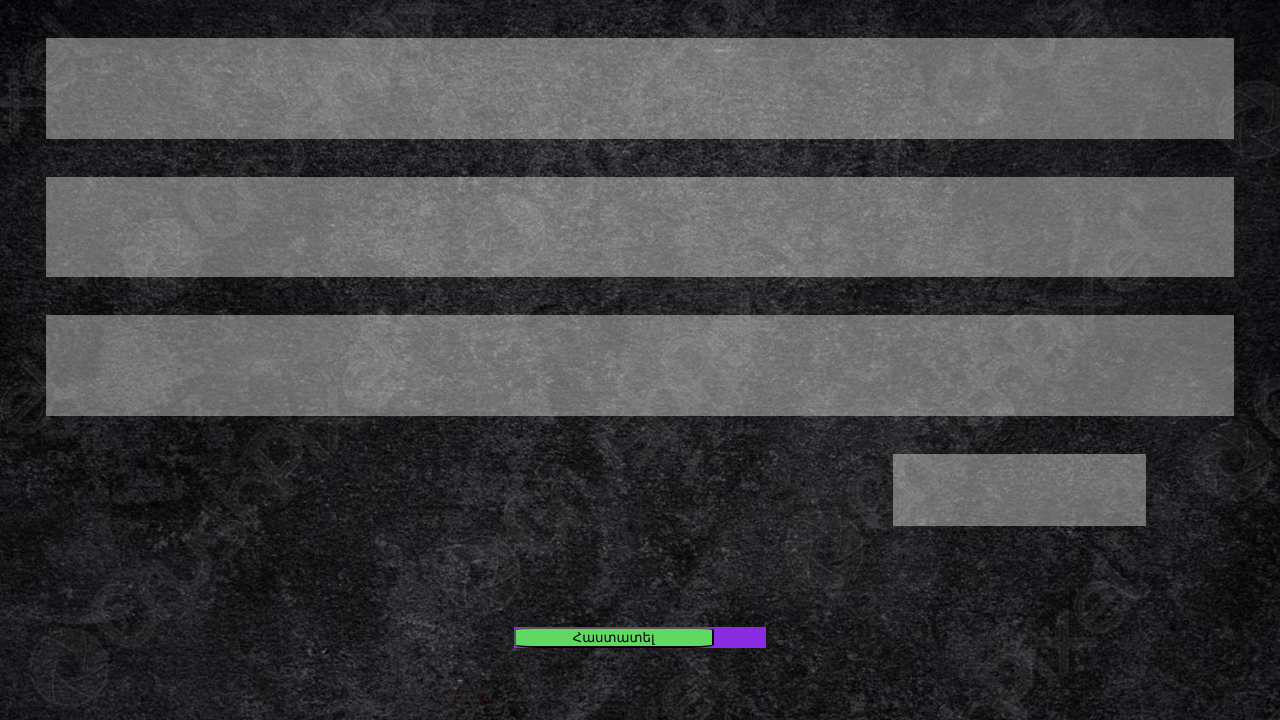
Repository: NarekTovmasyan/PizzaManue
Page: public/basket.html
An editor plug-in stored every save of this project. The page is shown before and after the next save, followed by the edit.
The browser window is 1280 px wide. The pictures show the whole page.

Above is the page before, as saved 2022-01-20 12:49:53.

### public/basket.html
<!DOCTYPE html>
<html lang="en">
<head>
    <meta charset="UTF-8">
    <meta http-equiv="X-UA-Compatible" content="IE=edge">
    <meta name="viewport" content="width=device-width, initial-scale=1.0">
    <link rel="stylesheet" href="basket.css">
    <title>BASKET</title>

</head>
<body>
    <div class= "main">
        <div class ="prop">
            <div></div>
            <div></div>
            <div></div>
            <div></div>
            <div></div>
            <div></div>
         </div>
        <div class ="prop">
            <div></div>
            <div></div>
            <div></div>
            <div></div>
            <div></div>
            <div></div>
        </div>
        <div class ="prop">
            <div></div>
            <div></div>
            <div></div>
            <div></div>
            <div></div>
            <div></div>
        </div>
        <div class ="sum"></div>
        <div class = "confirm"><button class = "button">Հաստատել</button></div>
    </div>
</body>
</html>

### public/basket.css
body {
    background-image: url(./images/background.jpg);
    background-repeat: no-repeat;
    background-size: cover;
  }
 .main{
      width: 100%;
      height: 80vh;
}
.prop{
  background-color: rgba(255, 255, 255, 0.377) ;
  color: grey;
  width: 94%;
  height: 14vh;
  margin-top: 3%;
  margin-left: 3%;
}
.sum{
    background-color: rgba(255, 255, 255, 0.377) ;
    width: 20%;
    height: 10vh;
    margin-top: 3%;
    margin-left: 70%;
}
.confirm{
    background-color: blueviolet;
    width: 20%;
    margin-top: 8%;
    margin-bottom: 5%;
    margin-left:40%;


}
.button{
    background-color:rgb(97, 216, 97);
    border-radius: 15%;
    width:200px;
    text-align:center;
}

After the next save:
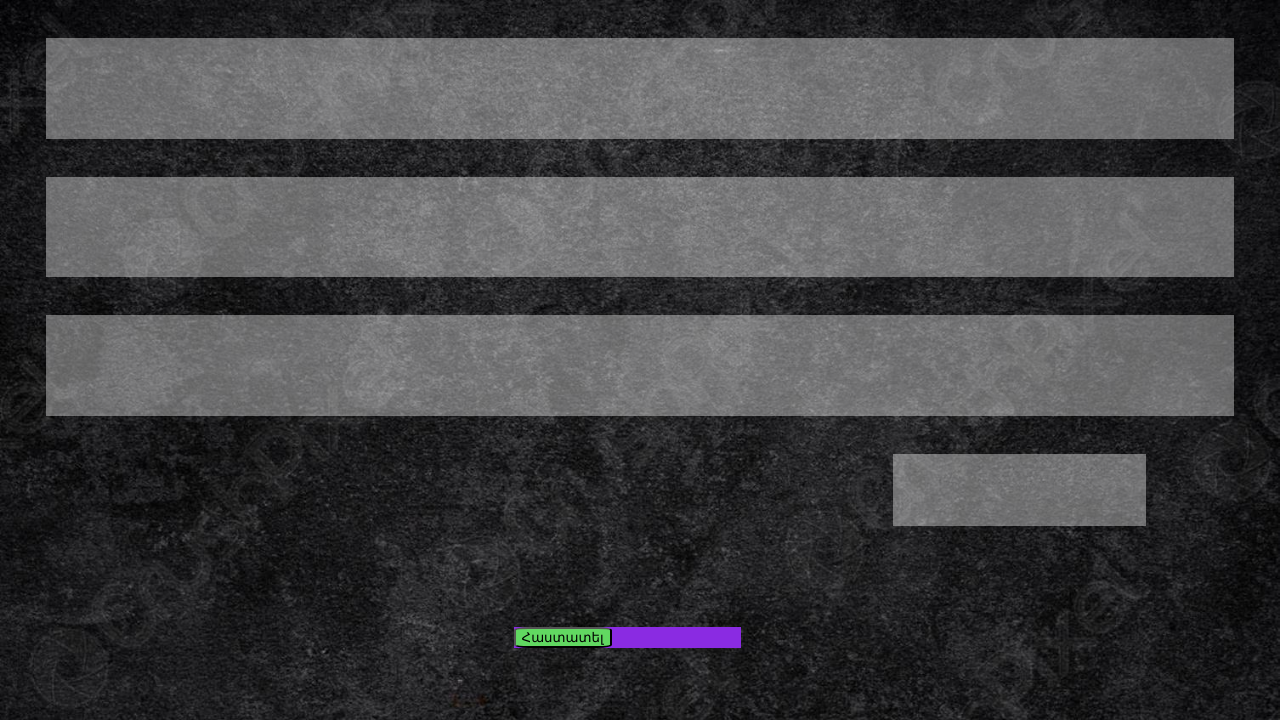
Saved 57 s later.
--- a/public/basket.css
+++ b/public/basket.css
@@ -24,7 +24,7 @@
 }
 .confirm{
     background-color: blueviolet;
-    width: 20%;
+    width: 18%;
     margin-top: 8%;
     margin-bottom: 5%;
     margin-left:40%;
@@ -34,6 +34,5 @@
 .button{
     background-color:rgb(97, 216, 97);
     border-radius: 15%;
-    width:200px;
     text-align:center;
 }
